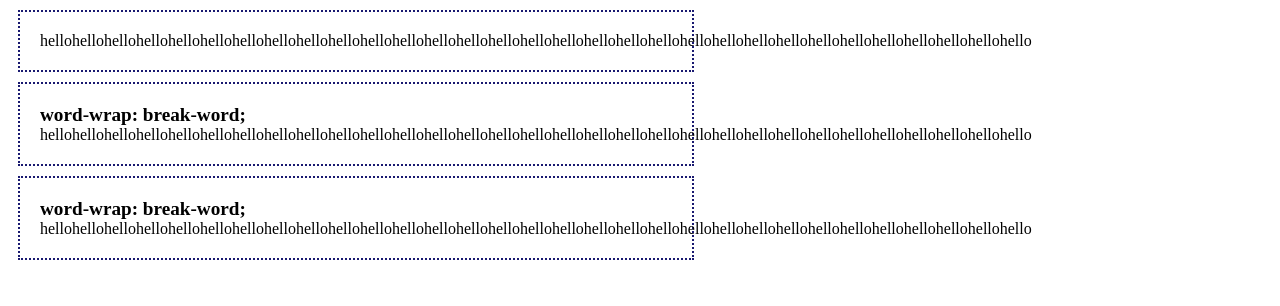
Repository: choidazzi/DDIT
Page: web programming/html/webpro/src/main/webapp/0427/워드랩핑.html
These files come from the project's save history. The page is drawn as it stood at one moment and after the next save; the edit follows.
The browser window is 1280 px wide. The pictures show the whole page.

Above is the page before, as saved 2023-04-27 01:12:19.

### web programming/html/webpro/src/main/webapp/0427/워드랩핑.html
<!DOCTYPE html>
<html>
<head>
<meta charset="UTF-8">
<title>Insert title here</title>
<style>
div{
	width: 50%;
	height: auto;
	border: 2px dotted midnightblue;
	padding: 20px;
	margin: 10px
}

.dv1 {

}

.dv2 {
	word-wrap: break-word;
}

span {
	font-size: 1.2rem;
	font-weight: bold;
}
</style>

<script>

</script>
</head>
<body>
	<div id="dv1">
		hellohellohellohellohellohellohellohellohellohellohellohellohellohellohellohellohellohellohellohellohellohellohellohellohellohellohellohellohellohellohello
	</div>
	<div id="dv2">
		<span>word-wrap: break-word;</span>
		hellohellohellohellohellohellohellohellohellohellohellohellohellohellohellohellohellohellohellohellohellohellohellohellohellohellohellohellohellohellohello
	</div>
	<div id="dv3">
		<span>word-wrap: break-word;</span>
		hellohellohellohellohellohellohellohellohellohellohellohellohellohellohellohellohellohellohellohellohellohellohellohellohellohellohellohellohellohellohello
	</div>
</body>
</html>

After the next save:
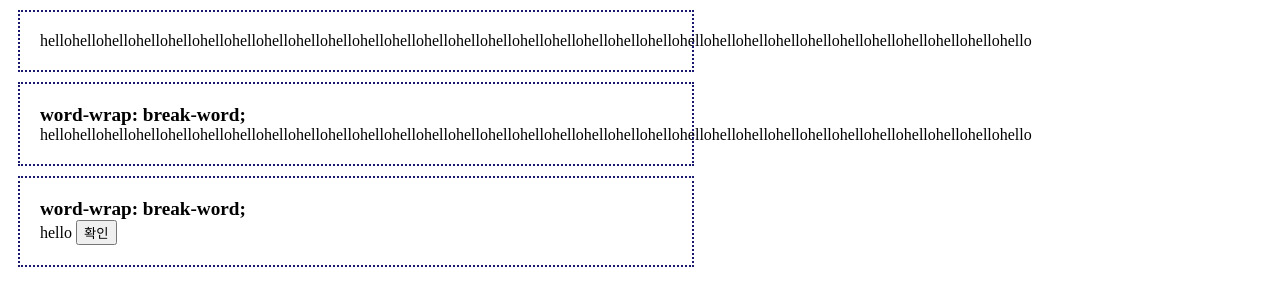
Saved 55 s later.
--- a/web programming/html/webpro/src/main/webapp/0427/워드랩핑.html
+++ b/web programming/html/webpro/src/main/webapp/0427/워드랩핑.html
@@ -39,8 +39,9 @@ span {
 		hellohellohellohellohellohellohellohellohellohellohellohellohellohellohellohellohellohellohellohellohellohellohellohellohellohellohellohellohellohellohello
 	</div>
 	<div id="dv3">
-		<span>word-wrap: break-word;</span>
-		hellohellohellohellohellohellohellohellohellohellohellohellohellohellohellohellohellohellohellohellohellohellohellohellohellohellohellohellohellohellohello
+		<span>word-wrap: break-word;</span> <br>
+		hello <input type="button" value="확인" onclick = "add()"> <br>
 	</div>
+
 </body>
 </html>
